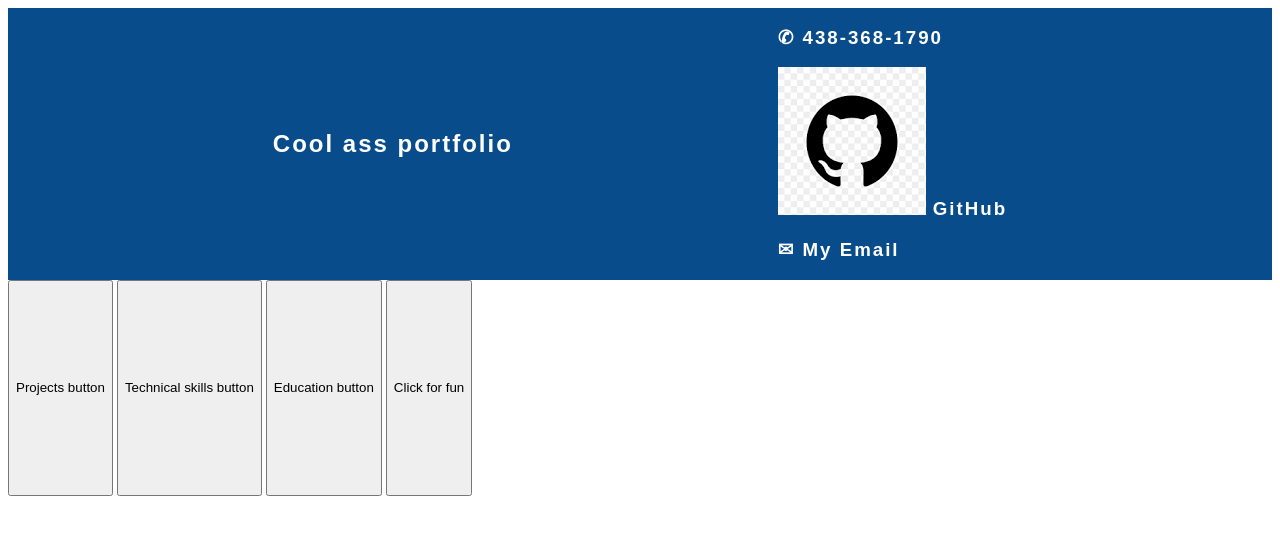
Repository: zackaroo20/zackaroo20
Page: index.html
These files come from the project's save history. The page is drawn as it stood at one moment and after the next save; the edit follows.
The browser window is 1280 px wide. The pictures show the whole page.

Above is the page before, as saved 2026-05-12 13:01:07.

After the next save:
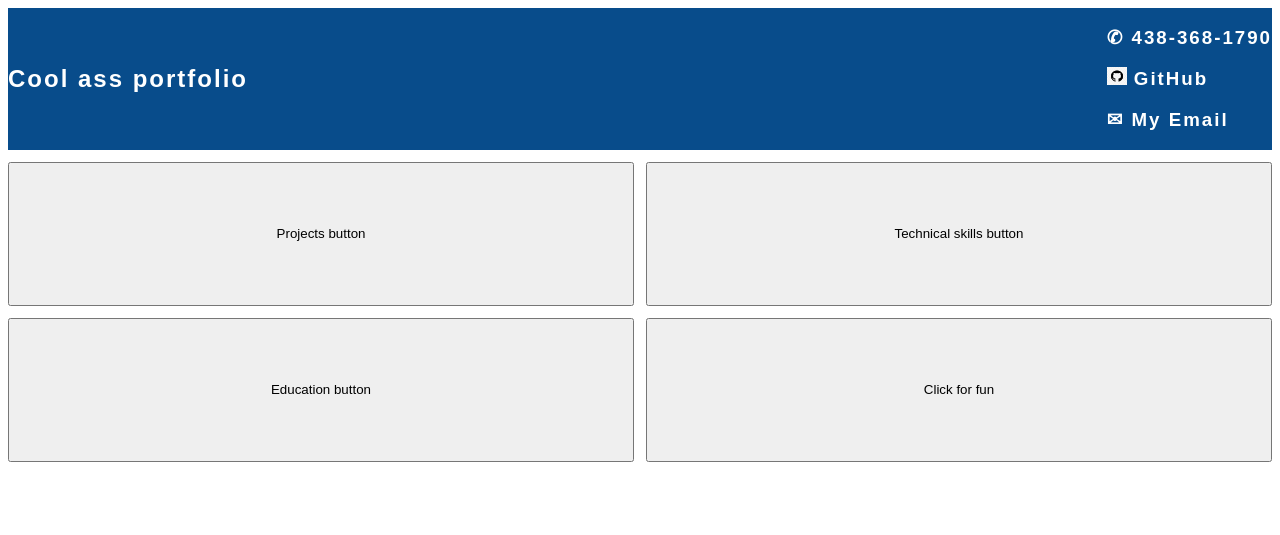
Saved 61 s later.
--- a/styles/index.css
+++ b/styles/index.css
@@ -9,27 +9,27 @@ header {
   background-color: #084c8b;
   color: white;
   display: flex;
-  justify-content: space-evenly;
+  justify-content:space-between;
   align-items: center;
+  margin-bottom: 12px;
 }
+
 section{
-    grid-template-columns: repeat(2,1fr);
-
-
-
-
-
-
-
+  display: grid;
+  grid-template-columns: repeat(2, 1fr);
+  gap: 12px;
 }
 img {
   background-color: transparent;
 
+  width: 20px;
+  height: 18px;
 }
 h3 a {
   text-decoration: none;
   color: inherit;
 }
  button {
-  height: 30vh;
+  height: 20vh;
+  width: 100%;
  }
